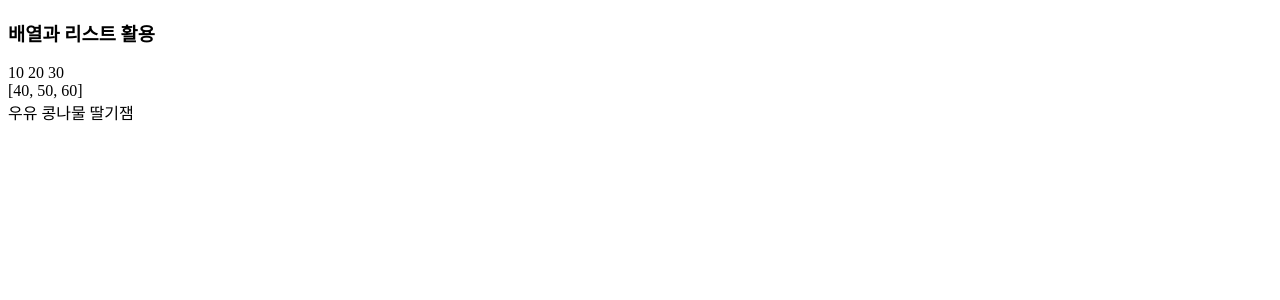
Repository: Kongnamu/JSPworks
Page: http://localhost/jwbook/ch01/Scriptlet2.jsp
The author's editor kept a copy of each file at every save. The page is drawn from the files as they stood at one save, then again after the next save.
The browser window is 1280 px wide. The pictures show the whole page.
The page is served by Tomcat 9. Other server files are loaded and not shown.

Above is the page before, as saved 2023-11-20 02:46:03.

### jwbook/src/main/webapp/ch01/Scriptlet2.jsp
<%@page import="java.util.ArrayList"%>
<%@page import="java.util.Arrays"%>
<%@ page language="java" contentType="text/html; charset=UTF-8"
    pageEncoding="UTF-8"%>
<!DOCTYPE html>
<html>
<head>
<meta charset="UTF-8">
<title>배열과 리스트 활용</title>
</head>
<body>
	<h3>배열과 리스트 활용</h3>
	<%
		//배열
		int[] arr = new int[]{10, 20, 30};
		for(int i = 0; i < arr.length; i++){
			out.println(arr[i]);
		}
		out.println("<br>");

		//Arrays 클래스
		int arr2[] = new int[]{40, 50, 60};
		out.println(Arrays.toString(arr2));

		//ArrayList 클래스
		ArrayList<String> cart = new ArrayList<>();
		cart.add("우유");
		cart.add("콩나물");
		cart.add("딸기잼");

		out.println("<br>");

		//향상 for문
		for (String c : cart) {
            out.println(c);
		}


 	%>
</body>
</html>

After the next save:
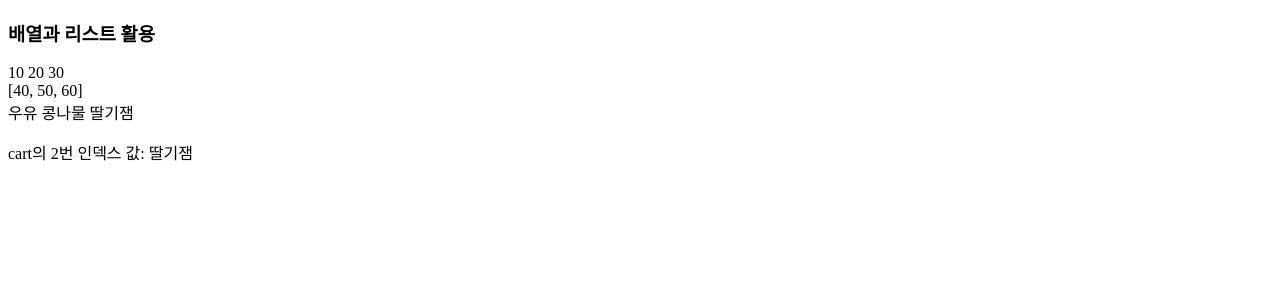
Saved 2 min 46 s later.
--- a/jwbook/src/main/webapp/ch01/Scriptlet2.jsp
+++ b/jwbook/src/main/webapp/ch01/Scriptlet2.jsp
@@ -36,6 +36,10 @@
 		}
 
 
+
  	%>
+ 		<!-- 2번 인덱스 출력 -->
+ 	<p>cart의 2번 인덱스 값: <%= cart.get(2) %></p>
+
 </body>
 </html>
